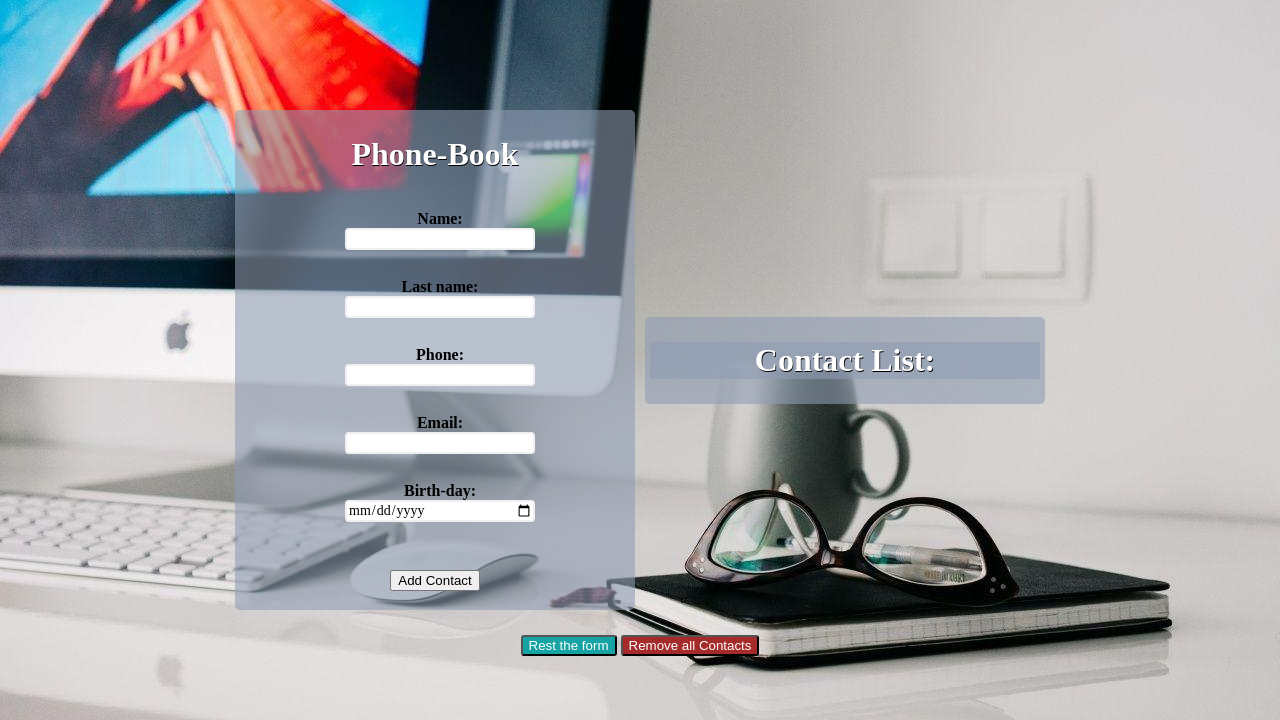
Repository: STA1357/Phone-book
Page: Inner.html
An editor plug-in stored every save of this project. The page is shown before and after the next save, followed by the edit.
The browser window is 1280 px wide. The pictures show the whole page.

Above is the page before, as saved 2020-12-12 17:53:55.

After the next save:
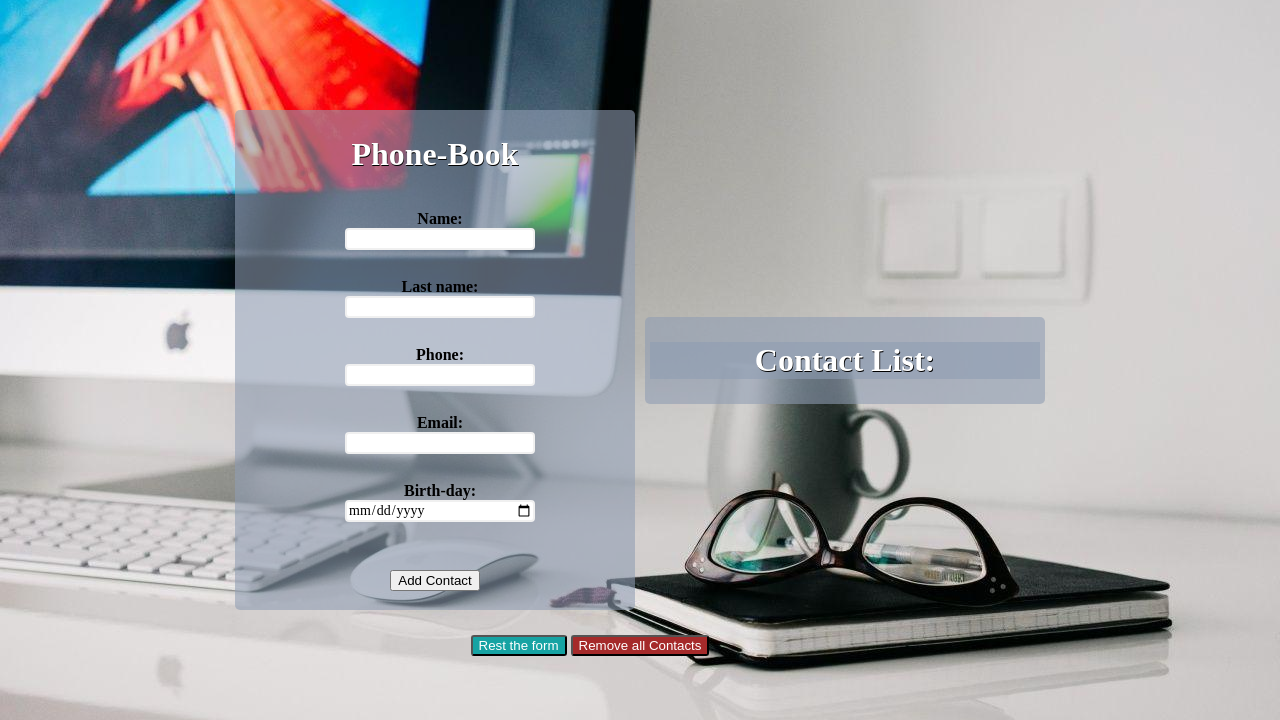
Saved 51 s later.
--- a/styles.css
+++ b/styles.css
@@ -95,6 +95,7 @@ label{
     background-color: rgb(22, 163, 163);
     text-align: center;
     color: white;
+    margin-left: -100px;
 }
 
 .btn{

After the save that followed:
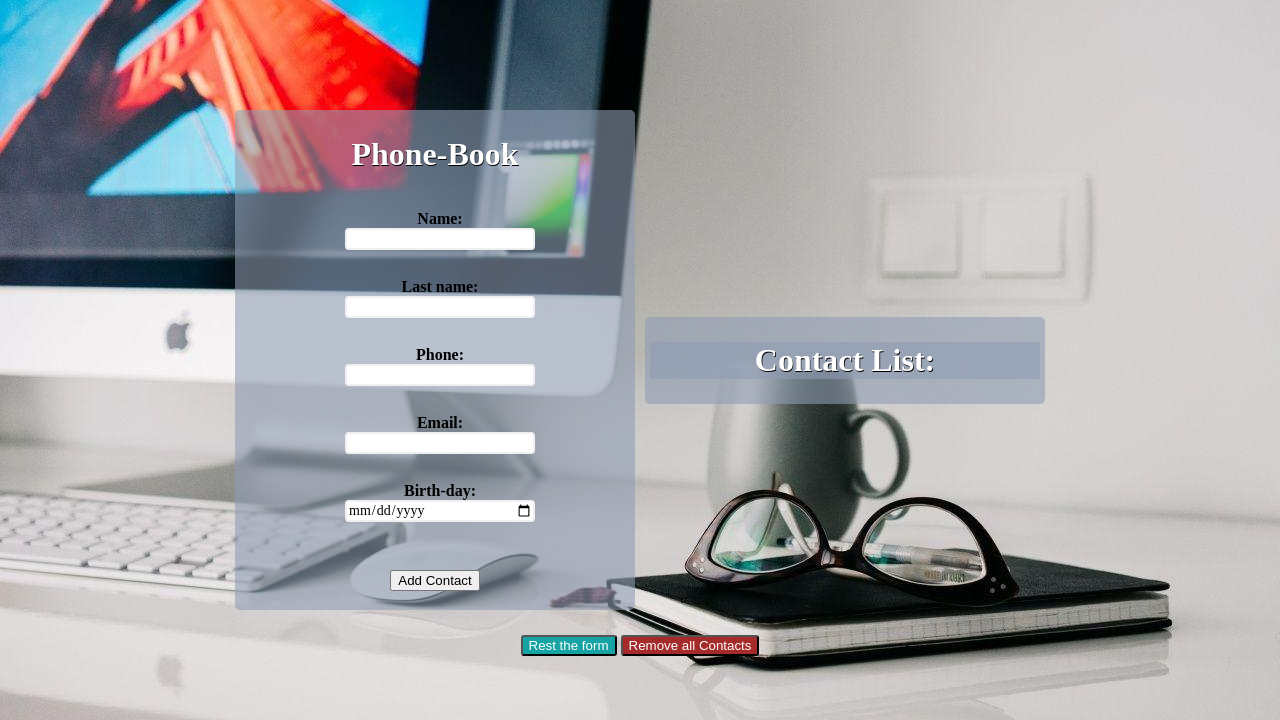
Saved 28 s later.
--- a/styles.css
+++ b/styles.css
@@ -95,7 +95,6 @@ label{
     background-color: rgb(22, 163, 163);
     text-align: center;
     color: white;
-    margin-left: -100px;
 }
 
 .btn{
